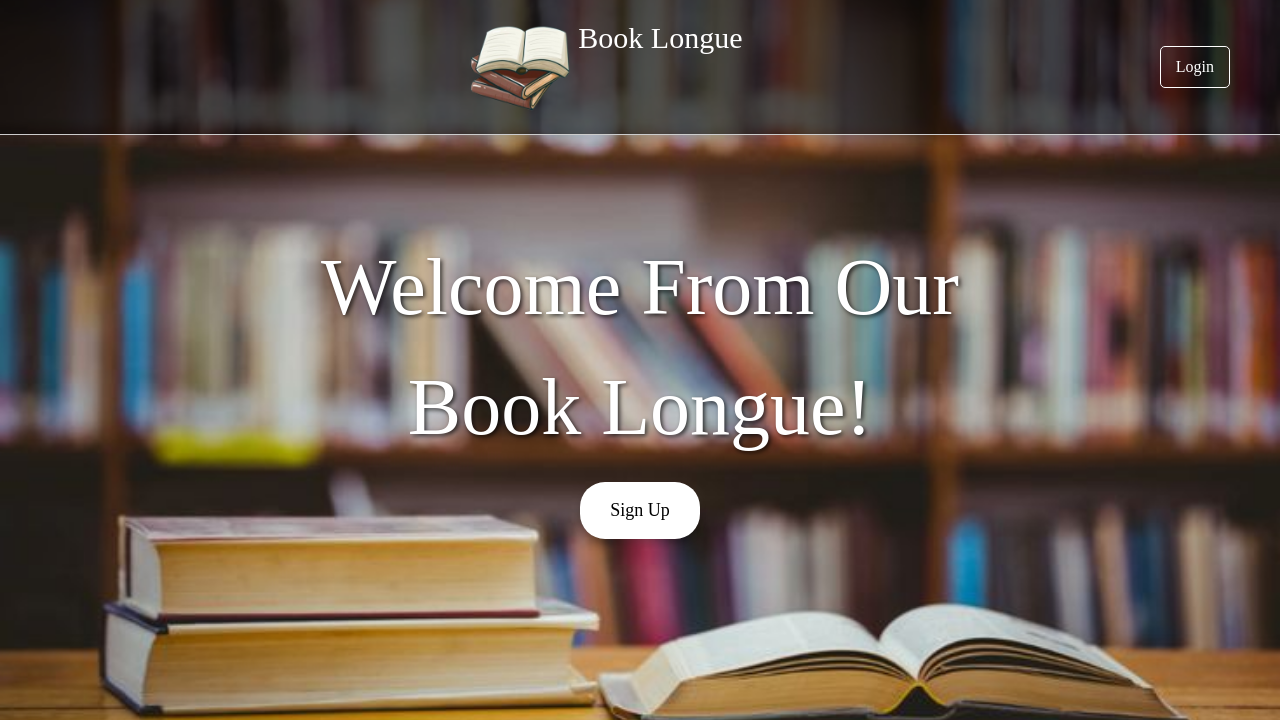
Repository: moehaymanmyint/Book-Longue-Web-System
Page: pages/GetStarted.html
The author's editor kept a copy of each file at every save. The page is drawn from the files as they stood at one save, then again after the next save.
The browser window is 1280 px wide. The pictures show the whole page.
Some web fonts or font styles are not loaded; a fallback is used.

Above is the page before, as saved 2024-12-30 11:59:42.

After the next save:
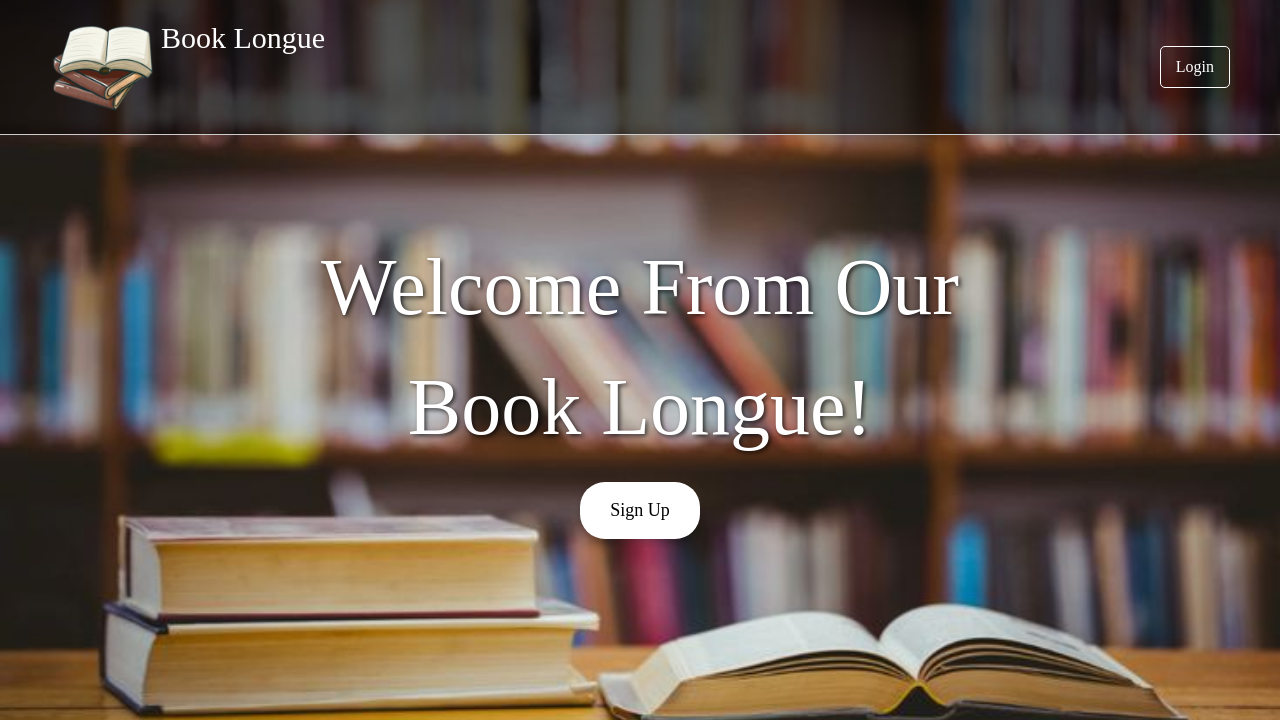
Saved 9 s later.
--- a/style/GetStarted.css
+++ b/style/GetStarted.css
@@ -28,7 +28,7 @@ body {
 
 .nav-bar .left {
     display: flex;
-    justify-content: center;
+    justify-content: start;
 }
 
 .nav-bar .left img {
